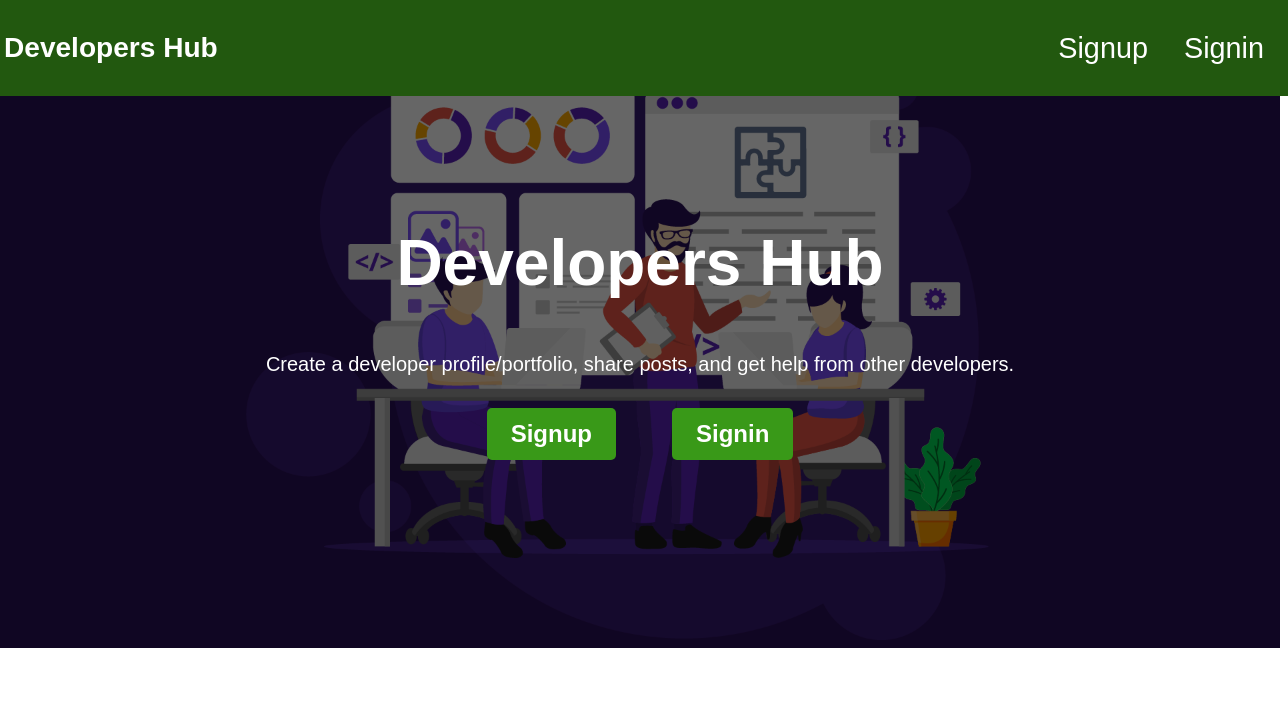
Repository: sayyad-mukthumsa-123/DevMania
Page: / (app in frontend/)
The author's editor kept a copy of each file at every save. The page is drawn from the files as they stood at one save, then again after the next save.
The browser window is 1280 px wide. The page is 1288 px wide, so the pictures cover 1288 px, including what lies to the right of the window. The pictures show the whole page.
The project was rebuilt for these pictures with package versions that can differ from the ones it lists, and the page was loaded fresh each time. Also part of the build but not shown: frontend/src/pages/login.js, frontend/src/pages/register.js, frontend/src/pages/Allprofiles.js, frontend/src/pages/MyProfile.js, frontend/src/pages/Indprofile.js.

Above is the page before, as saved 2025-02-28 23:40:18.

After the next save:
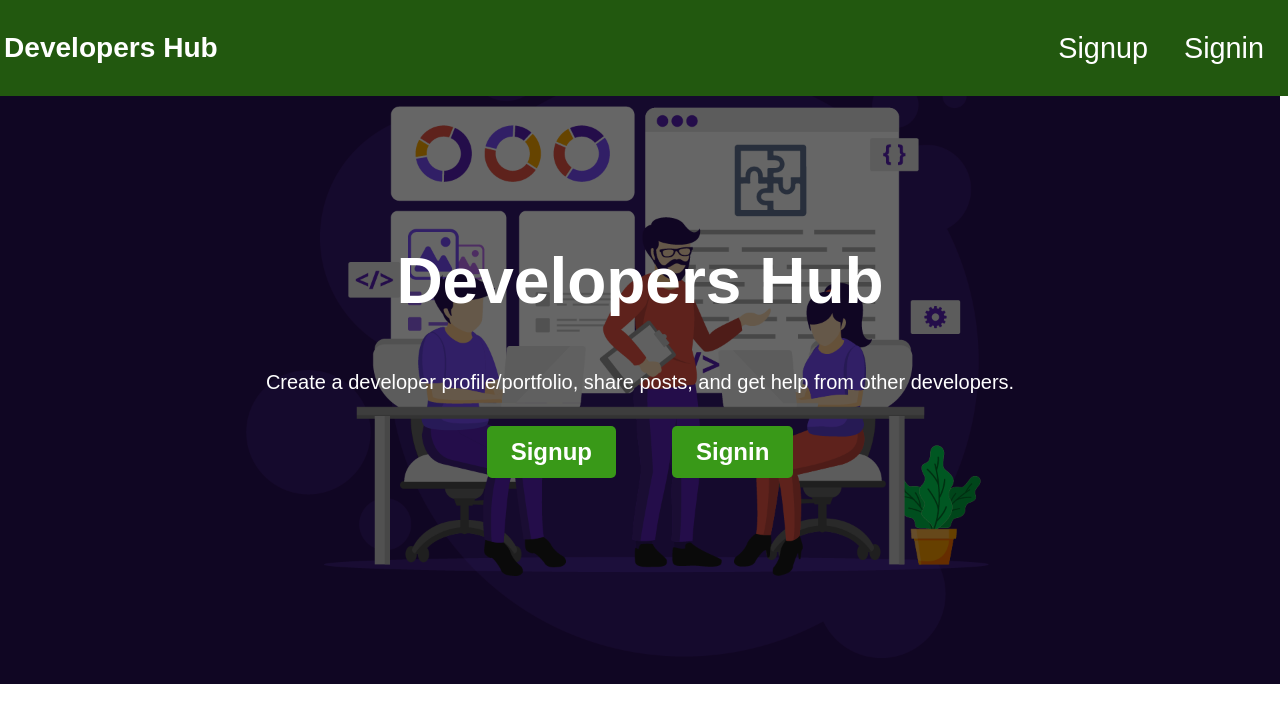
Saved 4 s later.
--- a/frontend/src/styles/styles.css
+++ b/frontend/src/styles/styles.css
@@ -104,7 +104,7 @@ body, html {
 } */
 
 .landing {
-  height: 90vh;
+  height: 95vh;
   display: flex;
   align-items: center;
   justify-content: center;
